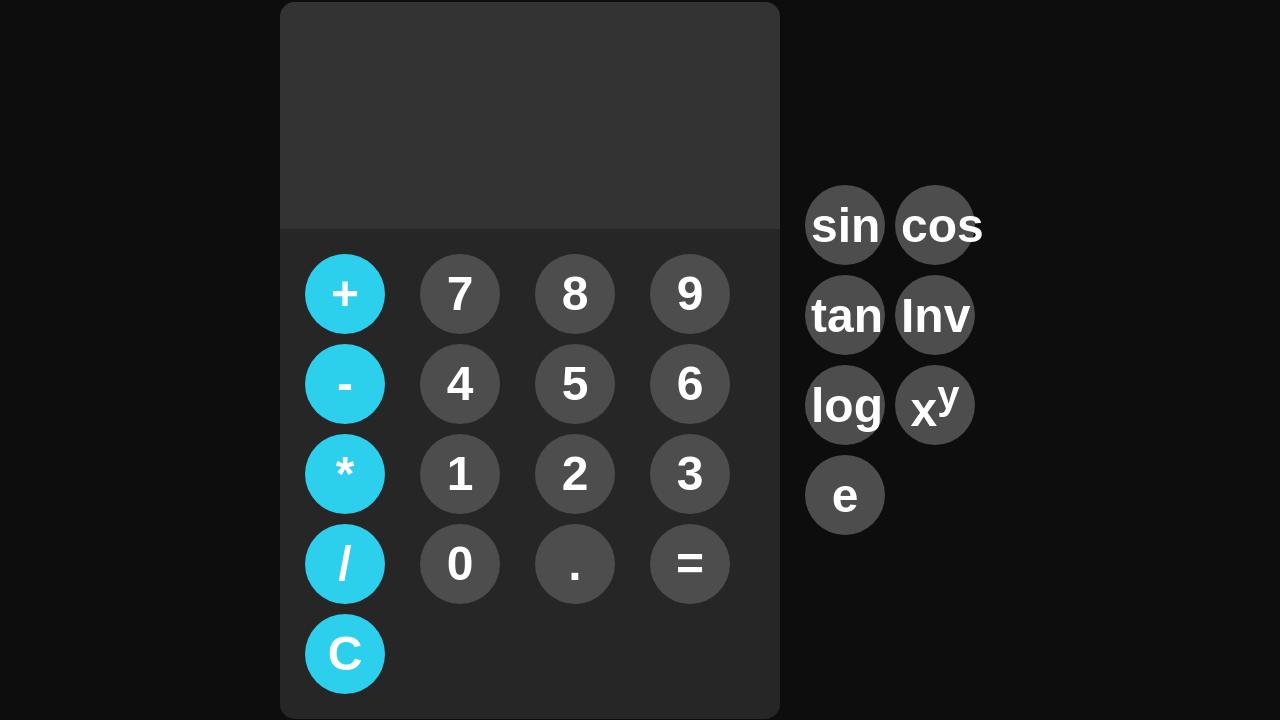
Repository: Haakim19/JavaScript
Page: Calculater/Main.html
The author's editor kept a copy of each file at every save. The page is drawn from the files as they stood at one save, then again after the next save.
The browser window is 1280 px wide. The pictures show the whole page.

Above is the page before, as saved 2024-10-23 09:40:38.

### Calculater/Main.html
<!DOCTYPE html>
<html lang="en">
<head>
    <meta charset="UTF-8">
    <meta name="viewport" content="width=device-width, initial-scale=1.0">
    <title>Calculator</title>
    <link rel="stylesheet" href="Main.css">
</head>
<body>
    <div id="calculator-normal">
        <input id= "display1" readonly>
        <input id="display2" readonly>
        <div id="keys-normal">
            <button onclick="appentToDisplay('+')" class="operator-btn">+</button>
            <button onclick="appentToDisplay('7')">7</button>
            <button onclick="appentToDisplay('8')">8</button>
            <button onclick="appentToDisplay('9')">9</button>
            <button onclick="appentToDisplay('-')" class="operator-btn">-</button>
            <button onclick="appentToDisplay('4')">4</button>
            <button onclick="appentToDisplay('5')">5</button>
            <button onclick="appentToDisplay('6')">6</button>
            <button onclick="appentToDisplay('*')" class="operator-btn">*</button>
            <button onclick="appentToDisplay('1')">1</button>
            <button onclick="appentToDisplay('2')">2</button>
            <button onclick="appentToDisplay('3')">3</button>
            <button onclick="appentToDisplay('/')" class="operator-btn">/</button>
            <button onclick="appentToDisplay('0')">0</button>
            <button onclick="appentToDisplay('.')" >.</button>
            <button onclick="calculate()" >=</button>
            <button onclick="clearDisplay()" class="operator-btn">C</button>
        </div>
    </div>
    <div id="keys-sientific">
        <button onclick="appentToDisplay('sin')">sin</button>
        <button onclick="appentToDisplay('cos')">cos</button>
        <button onclick="appentToDisplay('tan')">tan</button>
        <button onclick="appentToDisplay('Inv')">Inv</button>
        <button onclick="appentToDisplay('log')">log</button>
        <button onclick="appentToDisplay('sin')">x<sup>y</sup></button>
        <button onclick="appentToDisplay('e')">e</button>
    </div>
<script src="Main.js"></script>
</body>
</html>

### Calculater/Main.css
body{
    margin: 0;
    display: flex;
    justify-content: center;
    align-items: center;
    height: 100vh;
    background-color: hsl(0,0%, 5%);
}
#calculator-normal{
    font-family:sans-serif;
    background-color: hsl(0, 0%, 15%);
    border-radius: 15px;
    max-width: 500px;
    overflow: hidden;
}
#display1{
    width: 100%;
    padding: 20px;
    font-size: 3rem;
    border: none;
    text-align: left;
    padding-right: -15px;
    color: white;
    background-color: hsl(0, 0%, 20%);

}
#display2{
    width: 100%;
    padding: 20px;
    font-size: 5rem;
    border: none;
    text-align: left;
    padding-right: -15px;
    color: white;
    background-color: hsl(0, 0%, 20%);

}
#keys-normal{
    display: grid;
    grid-template-columns: repeat(4, 1fr);
    gap: 10px;
    padding: 25px;
}
#keys-sientific{
    display: grid;
    grid-template-columns: repeat(2, 1fr);
    gap: 10px;
    padding: 25px;
    font-size: 2rem;
}
button{
    width: 80px;
    height: 80px;
    color: white;
    border-radius: 50px;
    border: none;
    font-size: 3rem;
    background-color: hsl(0, 0%, 30%);
    font-weight: bold;
    cursor: pointer;
}
button:hover{
    background-color: hsl(0, 0%, 40%);
}
button:active{
    background-color: hsl(0, 0%, 50%);
}
.operator-btn{
    background-color: hsl(189, 84%, 55%);
}
.operator-btn:hover{
    background-color: hsl(189, 84%, 65%);
}
.operator-btn:active{
    background-color: hsl(189, 84%, 75%);
}

### Calculater/Main.js
const display = document.getElementById('display2');

function appentToDisplay(input){
    display.value += input;
}
function clearDisplay(){
    display.value = '';
}
function calculate(){
    try{
        display.value = eval(display.value);}
    catch{
        display.value = 'Error';
    }

}

After the next save:
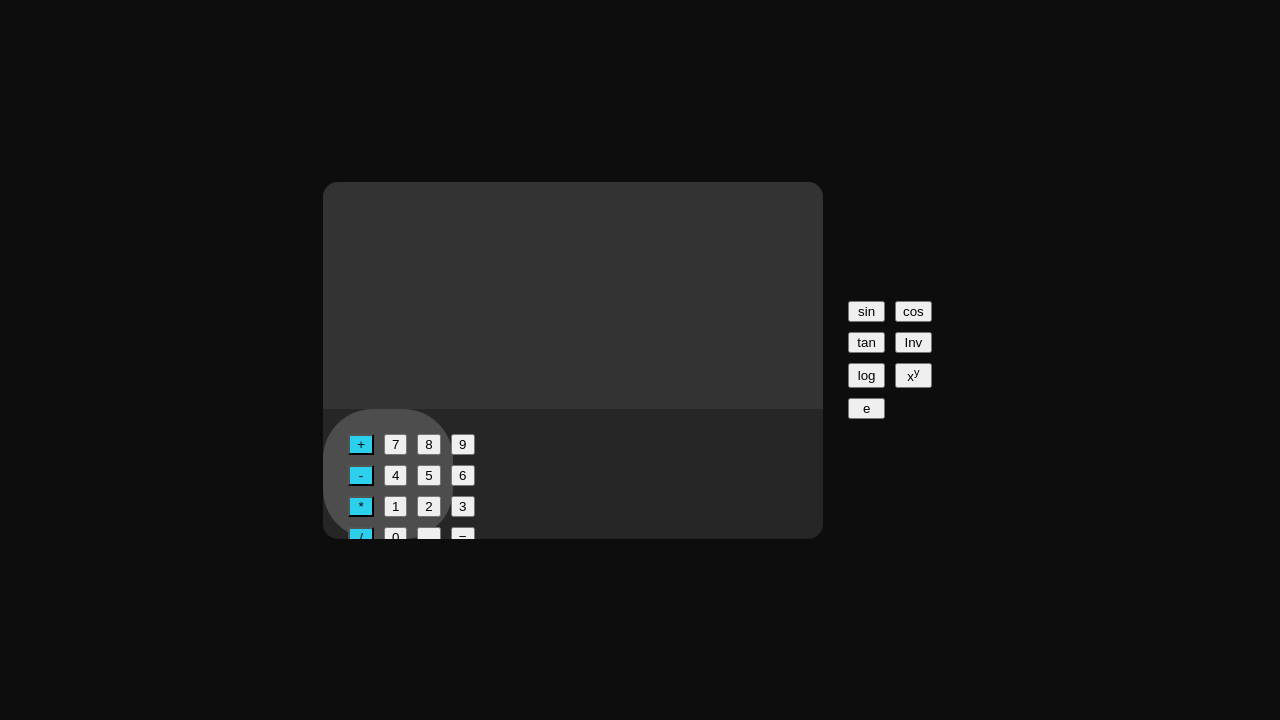
Saved 30 s later.
--- a/Calculater/Main.css
+++ b/Calculater/Main.css
@@ -40,15 +40,6 @@ body{
     grid-template-columns: repeat(4, 1fr);
     gap: 10px;
     padding: 25px;
-}
-#keys-sientific{
-    display: grid;
-    grid-template-columns: repeat(2, 1fr);
-    gap: 10px;
-    padding: 25px;
-    font-size: 2rem;
-}
-button{
     width: 80px;
     height: 80px;
     color: white;
@@ -59,6 +50,13 @@ button{
     font-weight: bold;
     cursor: pointer;
 }
+#keys-sientific{
+    display: grid;
+    grid-template-columns: repeat(2, 1fr);
+    gap: 10px;
+    padding: 25px;
+}
+
 button:hover{
     background-color: hsl(0, 0%, 40%);
 }

After the save that followed:
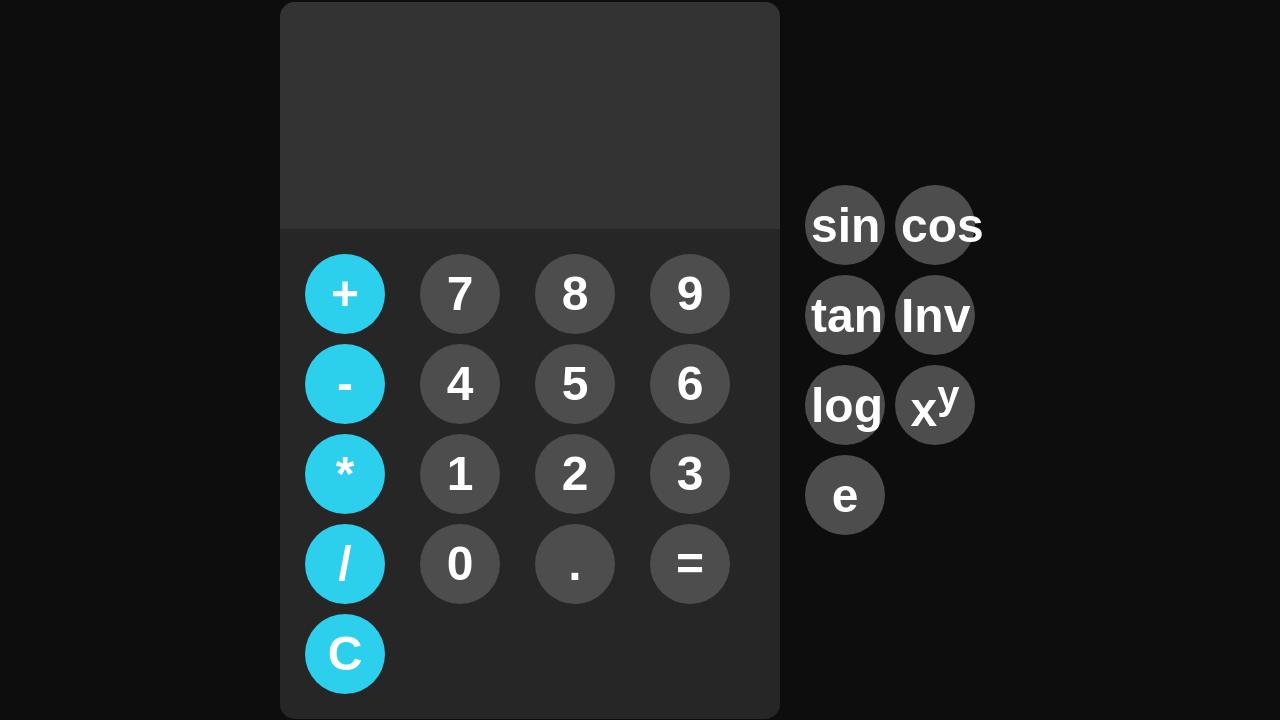
Saved 10 s later.
--- a/Calculater/Main.css
+++ b/Calculater/Main.css
@@ -40,6 +40,14 @@ body{
     grid-template-columns: repeat(4, 1fr);
     gap: 10px;
     padding: 25px;
+}
+#keys-sientific{
+    display: grid;
+    grid-template-columns: repeat(2, 1fr);
+    gap: 10px;
+    padding: 25px;
+}
+button{
     width: 80px;
     height: 80px;
     color: white;
@@ -50,13 +58,6 @@ body{
     font-weight: bold;
     cursor: pointer;
 }
-#keys-sientific{
-    display: grid;
-    grid-template-columns: repeat(2, 1fr);
-    gap: 10px;
-    padding: 25px;
-}
-
 button:hover{
     background-color: hsl(0, 0%, 40%);
 }
